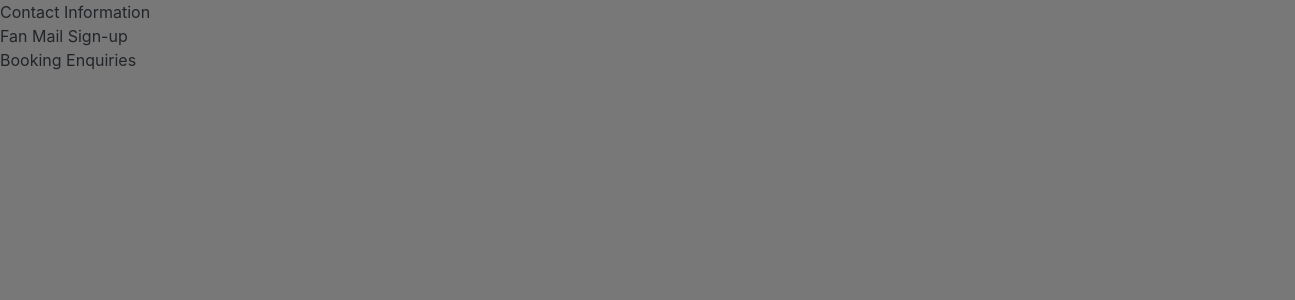
Repository: squiremaguire69/chapter2
Page: contact.html
The author's editor kept a record of every edit. The page is drawn from the files as they stood at one moment, then again after the next edit.
The browser window is 1280 px wide. The page is 1280 px wide, then 1295 px, so the pictures cover 1295 px, including what lies to the right of the window. The pictures show the whole page.
Some web libraries are served in a nearby version.

Above is the page before.

After the next edit:
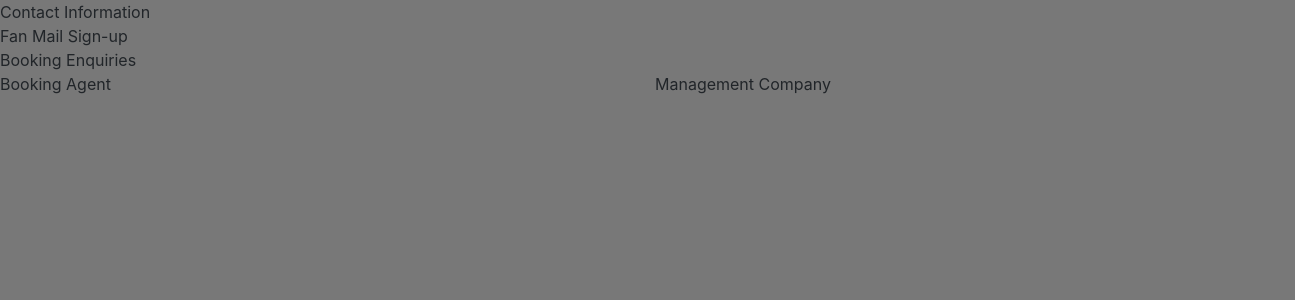
The edit:
--- a/contact.html
+++ b/contact.html
@@ -13,6 +13,10 @@
     <header>Contact Information</header>
     <section>Fan Mail Sign-up</section>
     <section>Booking Enquiries</section>
+    <div class="row">
+        <div class="col-md-6">Booking Agent</div>
+        <div class="col-md-6">Management Company</div>
+    </div>
 
 </body>
 </html>
